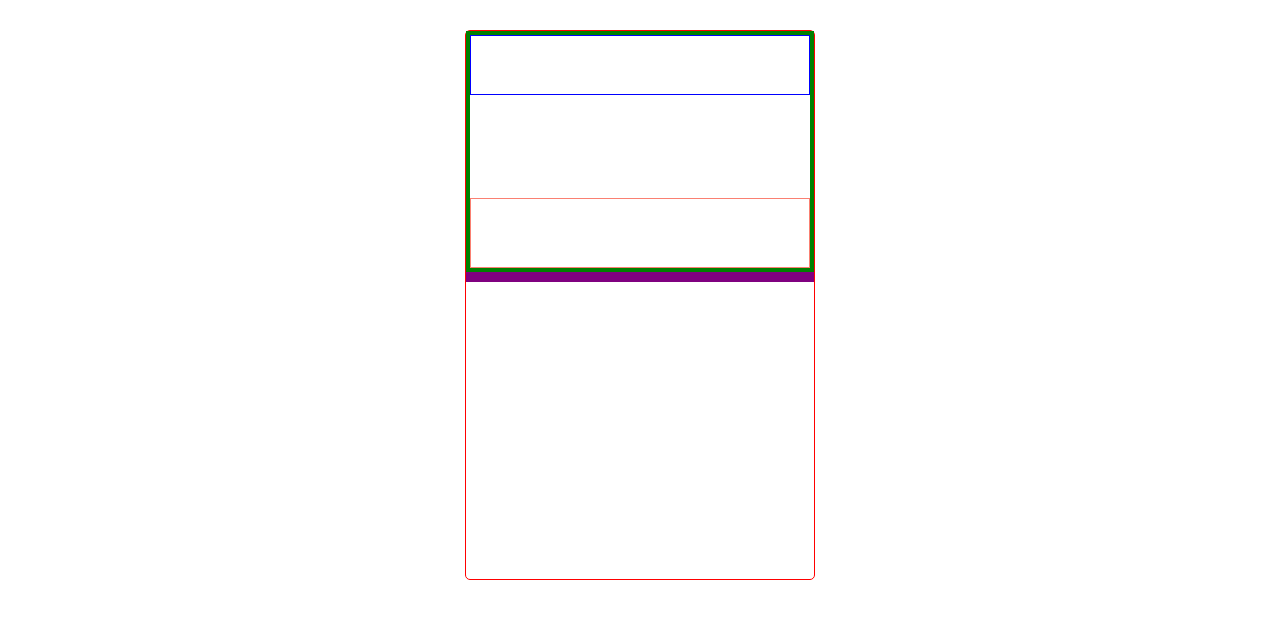
Repository: OfirLana/Calculator
Page: index.html
The author's editor kept a copy of each file at every save. The page is drawn from the files as they stood at one save, then again after the next save.
The browser window is 1280 px wide. The pictures show the whole page.

Above is the page before, as saved 2019-03-12 17:54:52.

After the next save:
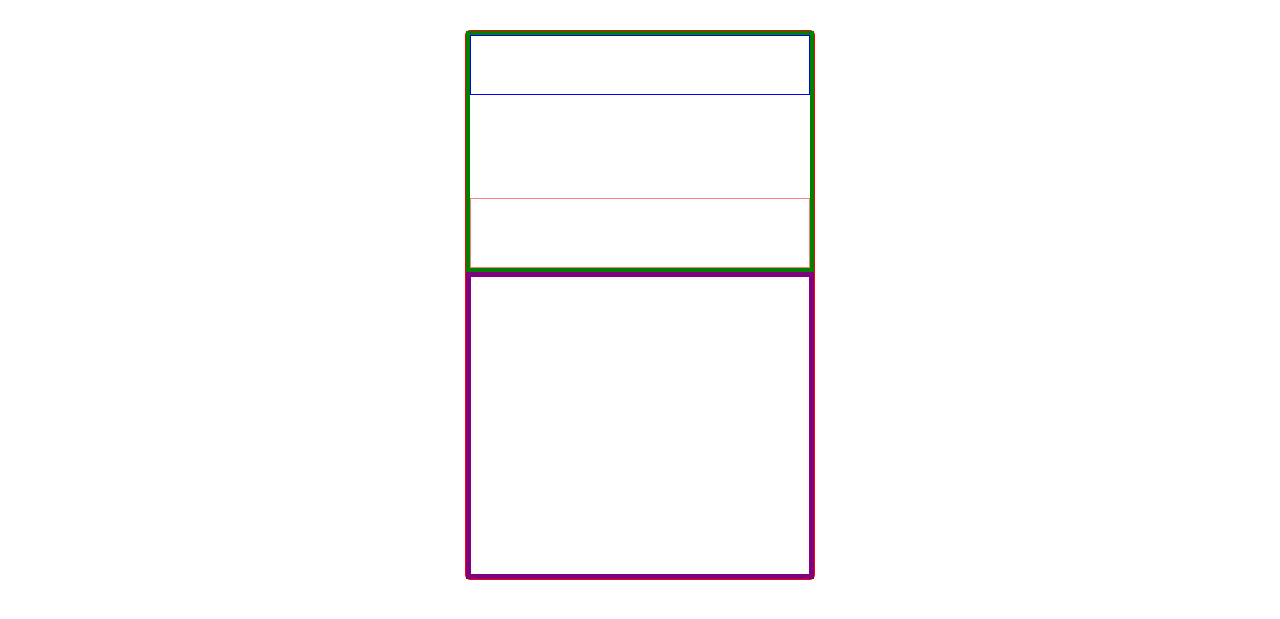
Saved 32 s later.
--- a/style.css
+++ b/style.css
@@ -56,5 +56,5 @@ body {
     flex-direction: column;
     width:100%;
     border:5px solid purple;
-    flex-basis:
+    flex-basis:56%;
 }
